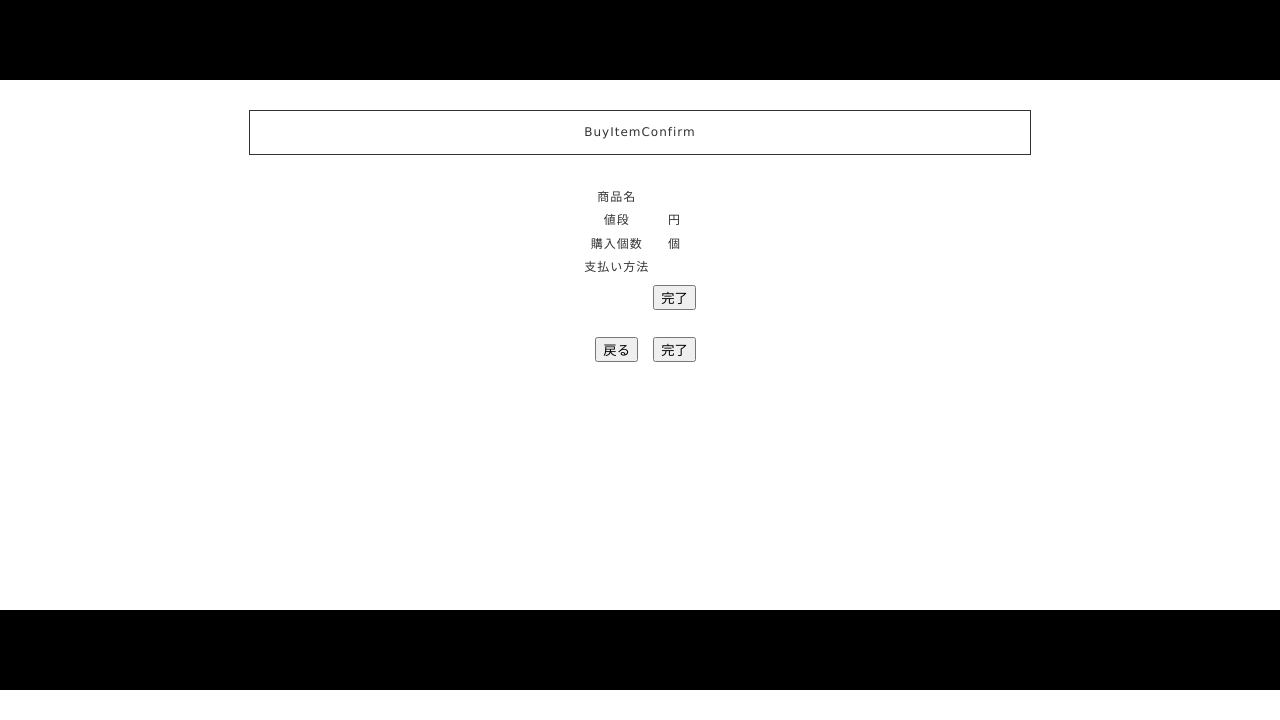
Repository: 3103senoomizho/test
Page: http://localhost/template/buyItemConfirm.jsp
The author's editor kept a copy of each file at every save. The page is drawn from the files as they stood at one save, then again after the next save.
The browser window is 1280 px wide. The pictures show the whole page.
Some web libraries are served in a nearby version. The page is served by Tomcat 9.

Above is the page before, as saved 2018-03-20 02:05:09.

After the next save:
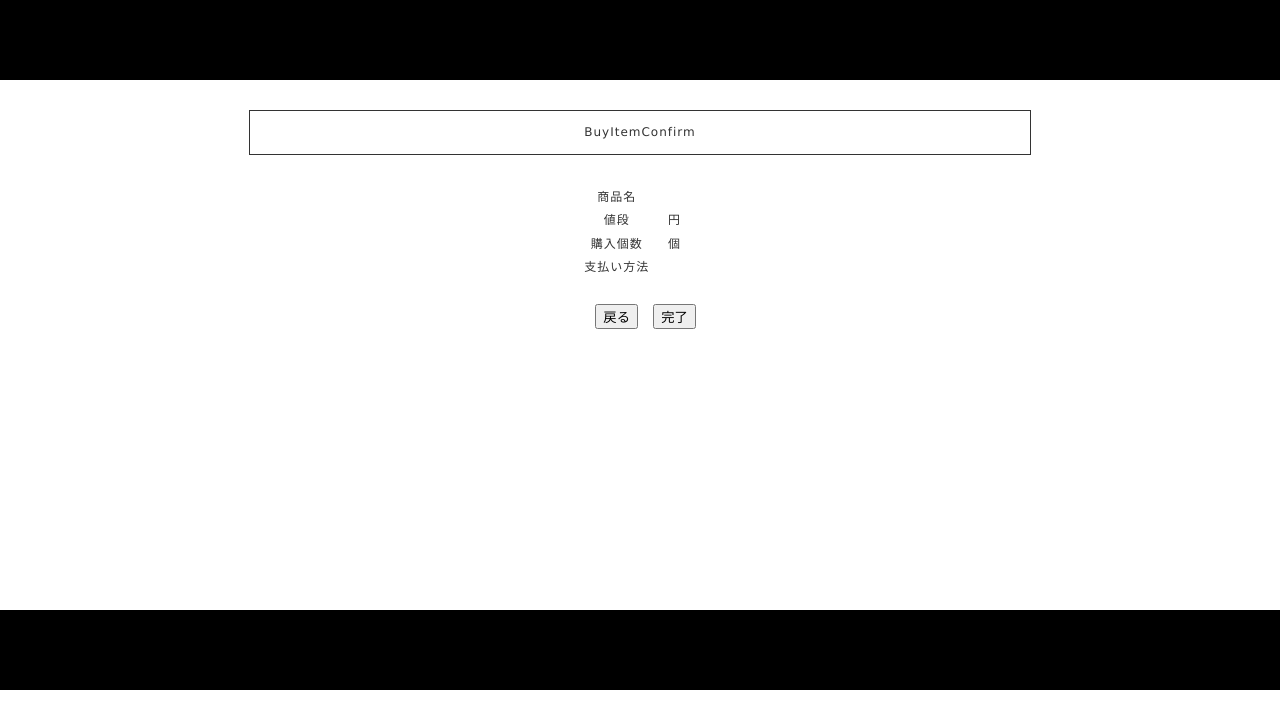
Saved 3 min 7 s later.
--- a/template/WebContent/buyItemConfirm.jsp
+++ b/template/WebContent/buyItemConfirm.jsp
@@ -5,13 +5,13 @@
 <html>
 <head>
 <meta charset ="utf-8">
-<meta http-equiv="Content-Type" content="text/html; charset=UTF-8">
+<meta http-equiv="Content-Type" content="text/html; charset=utf-8"/>
 <meta http-equiv="Content-Style-Type" content = "text/css"/>
 <meta http-equiv="Content-Script-Type" content ="text/javascript"/>
 <meta http-equiv="imagetoolbar" content = "no"/>
 <meta name="description" content=""/>
 <meta name="keywords" content=""/>
-<script src="http://ajax.googleapis.com/ajax/libs/jquery/1.9.1/jquery.mis,js"></script>
+<script src="http://ajax.googleapis.com/ajax/libs/jquery/1.9.1/jquery.min.js"></script>
 <title>BuyItemConfirm画面</title>
 
 <style type ="text/css">
@@ -96,9 +96,6 @@ function submitAction(url){
                                   <td><s:property value = "session.pay"/></td>
                            </tr>
                            <tr>
-                                  <td><s:submit value = "完了"/></td>
-                           </tr>
-                           <tr>
                                   <td>
                                       <br>
                                    </td>
